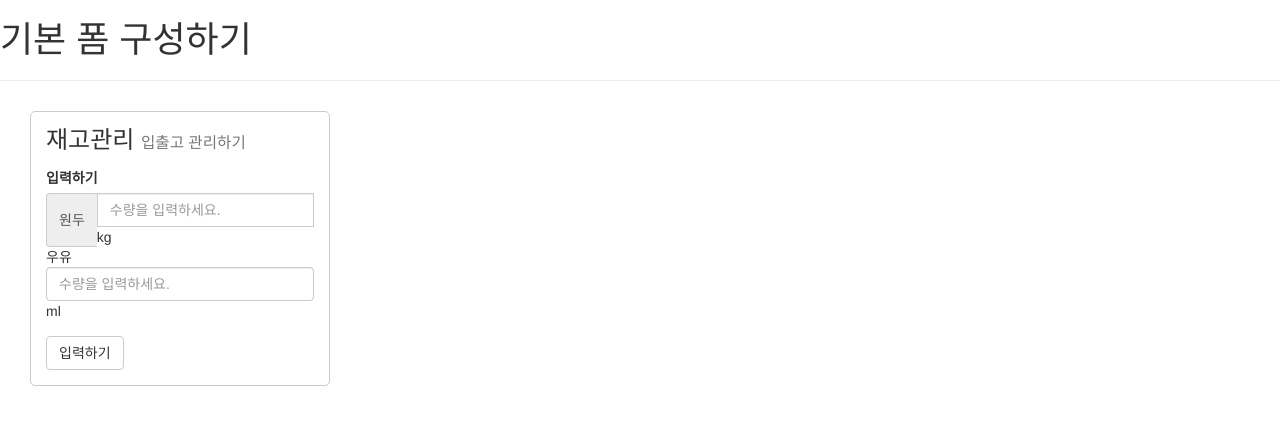
Repository: yhj4130/BootstrapStudy
Page: BootstrapWork/WebContent/BootEx06.html
These files come from the project's save history. The page is drawn as it stood at one moment and after the next save; the edit follows.
The browser window is 1280 px wide. The pictures show the whole page.

Above is the page before, as saved 2019-06-12 03:29:25.

### BootstrapWork/WebContent/BootEx06.html
<!DOCTYPE html>
<html>
<head>
<meta charset="UTF-8">
<title>BootEx06.html</title>

<link rel="stylesheet" href="css/bootstrap.css">
<script type="text/javascript" src="js/jquery-3.4.1.min.js"></script>
<script type="text/javascript" src="js/bootstrap.min.js"></script>

<style type="text/css">
	#content
	{
		border: 1px solid #ccc;
		border-radius: 5px;
		width: 300px;
		padding: 15px;
		margin: 30px;
	}

	#content h3
	{
		margin: 0px;
		margin-bottom: 15px;
	}
</style>

</head>
<body>

<div>
	<h1>기본 폼 구성하기</h1>
	<hr>
</div>

<div id="content">
	<h3>재고관리 <small>입출고 관리하기</small></h3>

	<form action="">
		<div class="form-group">
			<label>입력하기</label>

			<!-- 『input-group』 : 접두어, 접미어와 컨트롤을 함께 묶어주는 역할 수행 -->
			<div class="input-group">
				<div class="input-group-addon">원두</div>
				<input type="text" id="txtCount" placeholder="수량을 입력하세요." required="required" class="form-control">
				<div>kg</div>
			</div>

			<div>
				<div>우유</div>
				<input type="text" id="txtCount" placeholder="수량을 입력하세요." required="required" class="form-control">
				<div>ml</div>
			</div>
		</div>

		<input type="submit" value="입력하기" class="btn btn-default">
	</form>
</div>

</body>
</html>

Loaded but not shown: BootstrapWork/WebContent/css/bootstrap.css (library); BootstrapWork/WebContent/js/jquery-3.4.1.min.js (library); BootstrapWork/WebContent/js/bootstrap.min.js (library)

After the next save:
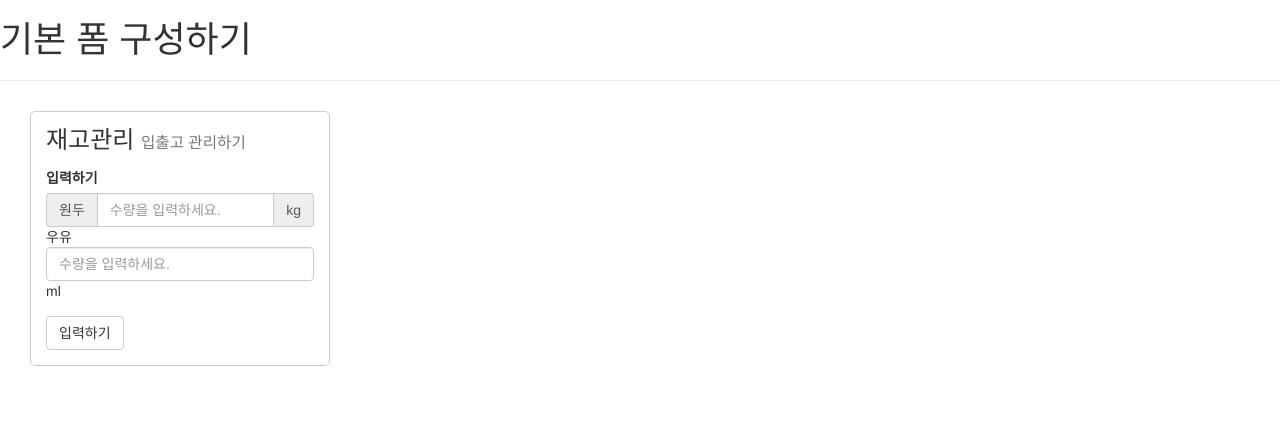
Saved 7 s later.
--- a/BootstrapWork/WebContent/BootEx06.html
+++ b/BootstrapWork/WebContent/BootEx06.html
@@ -44,7 +44,7 @@
 			<div class="input-group">
 				<div class="input-group-addon">원두</div>
 				<input type="text" id="txtCount" placeholder="수량을 입력하세요." required="required" class="form-control">
-				<div>kg</div>
+				<div class="input-group-addon">kg</div>
 			</div>
 
 			<div>
